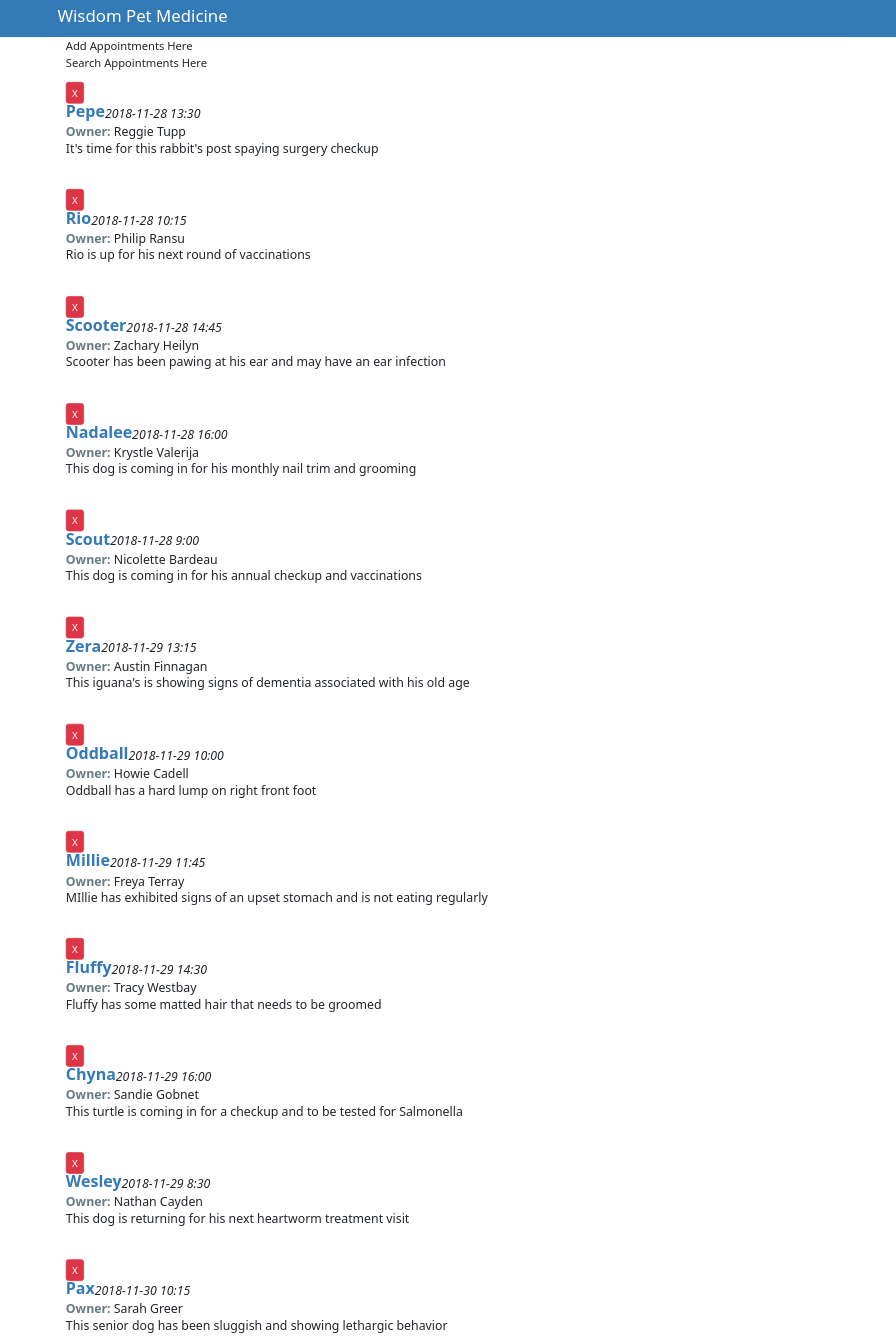
Repository: DevLuDaley/reactinterface
Page: /
The author's editor kept a copy of each file at every save. The page is drawn from the files as they stood at one save, then again after the next save.
The browser window is 1280 px wide. The pictures show the part of the page from y = 0 to 1920 px (the page is 3978 px tall), at 70% of full size.
The project was rebuilt for these pictures with package versions that can differ from the ones it lists, and the page was loaded fresh each time.

Above is the page before, as saved 2021-02-04 18:41:36.

After the next save:
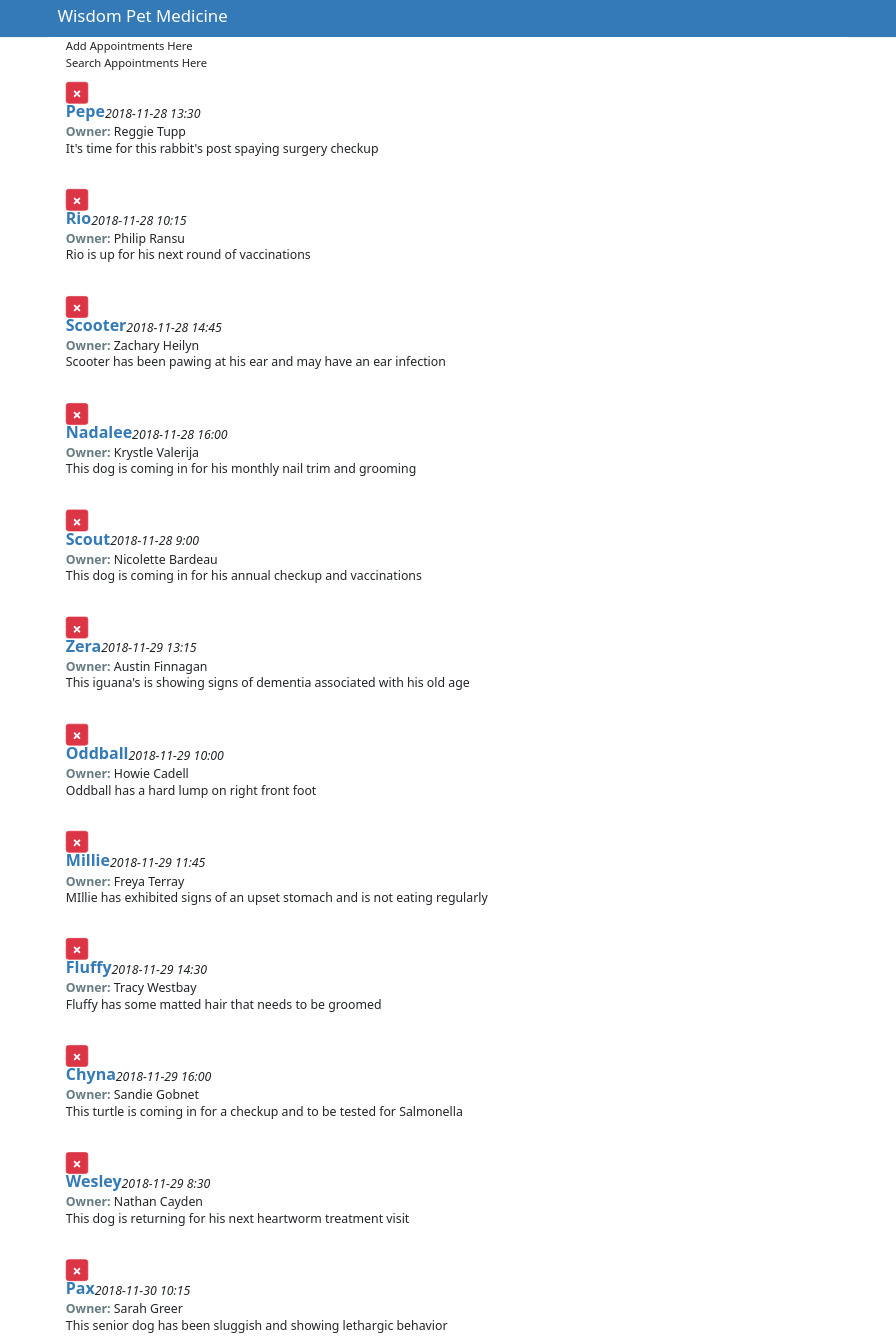
Saved 48 s later.
--- a/src/components/ListAppointments.js
+++ b/src/components/ListAppointments.js
@@ -25,7 +25,7 @@ class ListAppointments extends Component {
                 <div className="appointment-list item-list mb-3">
           <div className="pet-item col media py-3" key={item.aptId}>
             <div className="mr-3">
-              <button className="pet-delete btn btn-sm btn-danger">X</button>
+              <button className="pet-delete btn btn-sm btn-danger"><FaTimes/></button>
             </div>
 
             <div className="pet-info media-body">
